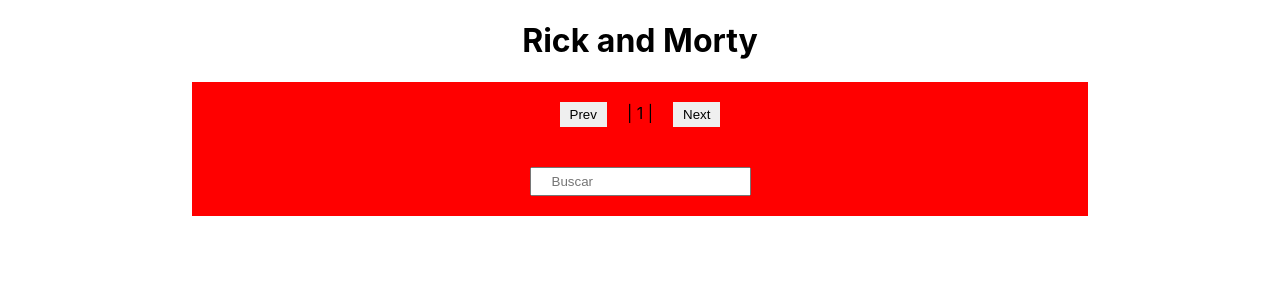
Repository: DanielVegaf/rick-and-morty-api
Page: /
An editor plug-in stored every save of this project. The page is shown before and after the next save, followed by the edit.
The browser window is 1280 px wide. The pictures show the whole page.
The page's requests for data from a server got no answer. The project was rebuilt for these pictures with package versions that can differ from the ones it lists, and the page was loaded fresh each time. No one was signed in, and anything a server would have sent is missing. Also part of the build but not shown: vite.config.js.

Above is the page before, as saved 2022-07-08 19:40:25.

After the next save:
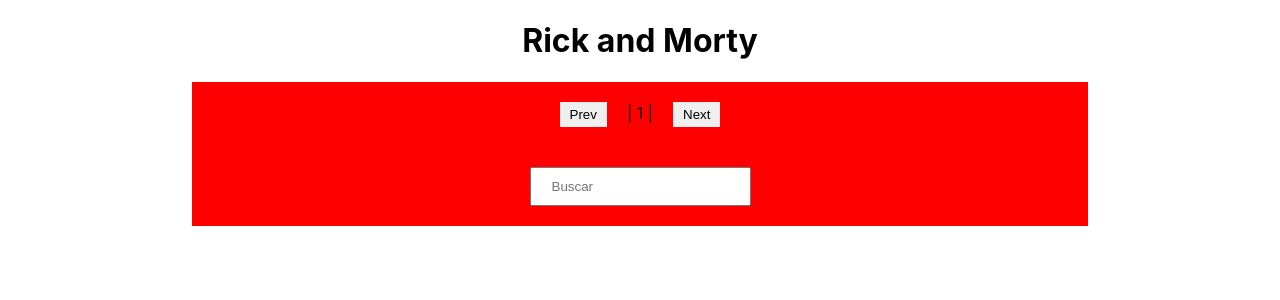
Saved 4 s later.
--- a/src/App.css
+++ b/src/App.css
@@ -27,5 +27,5 @@
 
 input{
   margin: 20px;
-  padding: 5px 20px;
+  padding: 10px 20px;
 }
